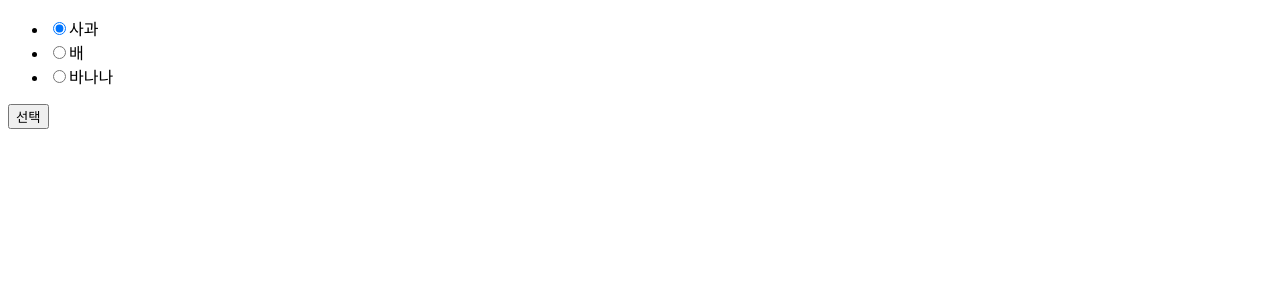
Repository: jeongho97/JQuery
Page: JQuery기본2/WebContent/JQuery_radio_checkbox.html
An editor plug-in stored every save of this project. The page is shown before and after the next save, followed by the edit.
The browser window is 1280 px wide. The pictures show the whole page.

Above is the page before, as saved 2022-05-13 02:10:54.

After the next save:
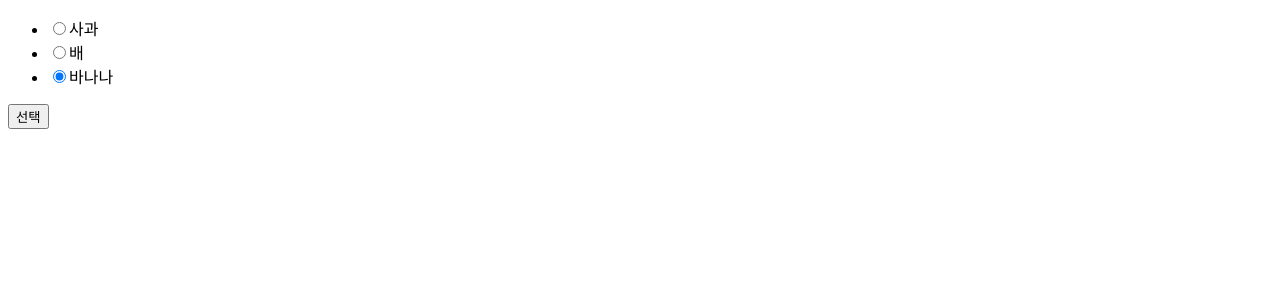
Saved 66 s later.
--- a/JQuery기본2/WebContent/JQuery_radio_checkbox.html
+++ b/JQuery기본2/WebContent/JQuery_radio_checkbox.html
@@ -10,8 +10,8 @@
 <!--radio-->
 <ul>
 	<li><input type="radio" name="rbtn" value="apple" checked="checked">사과</li>
-	<li><input type="radio" name="rbtn" value="pear">배</li>
-	<li><input type="radio" name="rbtn" value="banana">바나나</li>
+	<li><input type="radio" name="rbtn" value="pear" checked="checked">배</li>
+	<li><input type="radio" name="rbtn" value="banana" checked="checked">바나나</li>
 
 </ul>
 

After the save that followed:
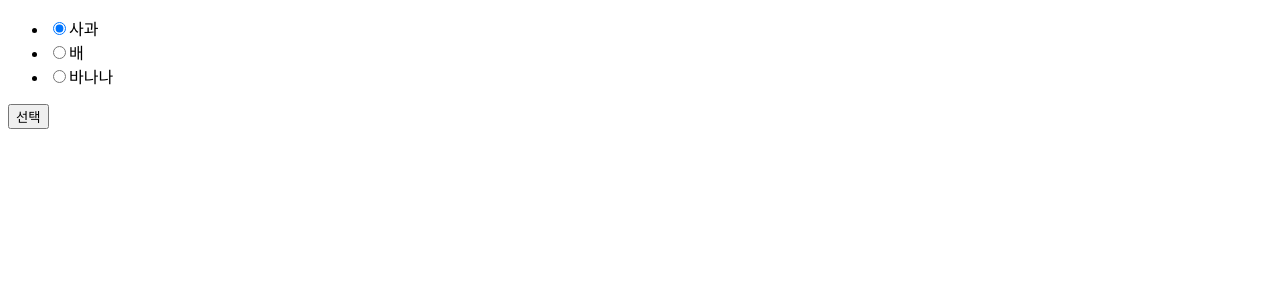
Saved 7 s later.
--- a/JQuery기본2/WebContent/JQuery_radio_checkbox.html
+++ b/JQuery기본2/WebContent/JQuery_radio_checkbox.html
@@ -10,8 +10,8 @@
 <!--radio-->
 <ul>
 	<li><input type="radio" name="rbtn" value="apple" checked="checked">사과</li>
-	<li><input type="radio" name="rbtn" value="pear" checked="checked">배</li>
-	<li><input type="radio" name="rbtn" value="banana" checked="checked">바나나</li>
+	<li><input type="radio" name="rbtn" value="pear" >배</li>
+	<li><input type="radio" name="rbtn" value="banana">바나나</li>
 
 </ul>
 
